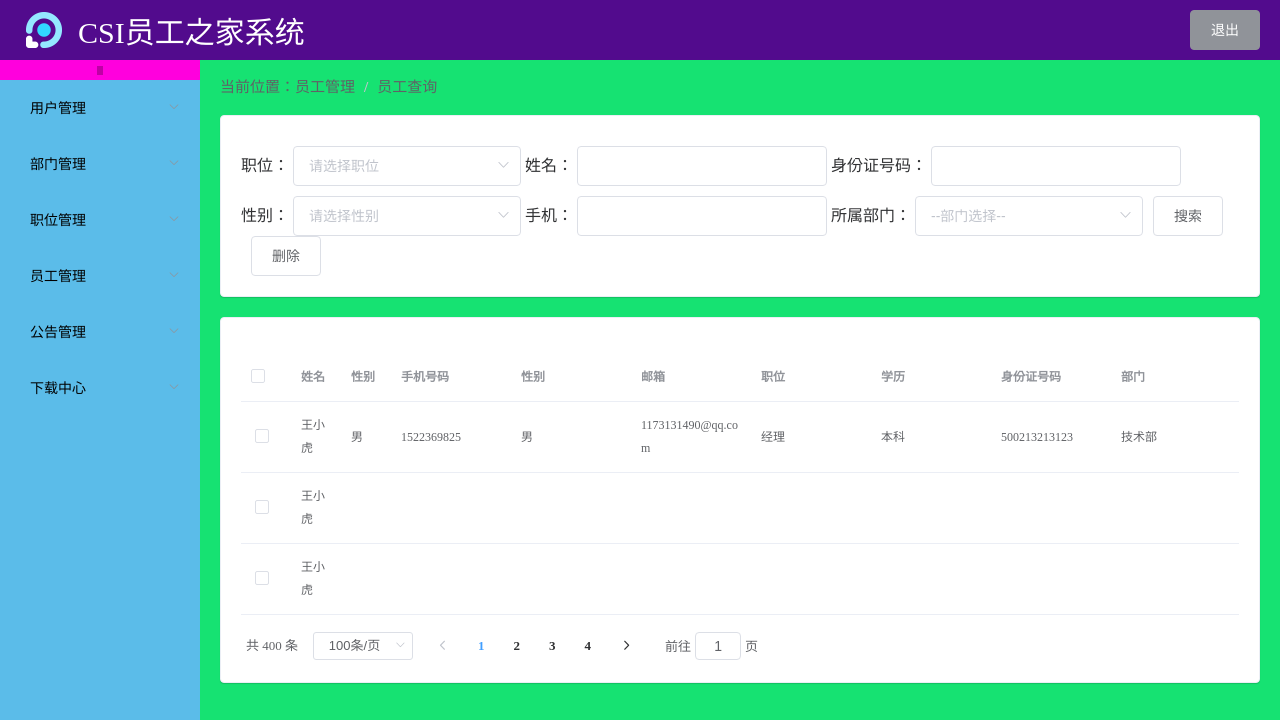
Repository: YUNjwyao/vue_hrm
Page: /#/employee
The author's editor kept a copy of each file at every save. The page is drawn from the files as they stood at one save, then again after the next save.
The browser window is 1280 px wide. The pictures show the whole page.
The project was rebuilt for these pictures with package versions that can differ from the ones it lists, and the page was loaded fresh each time. Also part of the build but not shown: src/components/Login.vue, src/components/Face/Face.vue, src/components/Employee/ShowAddEmployee.vue, src/components/Employee/ShowUpdateEmployee.vue, src/components/Notice/Notice.vue, src/components/Notice/ShowUpdateNotice.vue, src/components/Notice/ShowAddNotice.vue, src/components/Document/Document.vue and 2 more.

Above is the page before, as saved 2020-10-16 10:35:11.

### src/main.js
import Vue from 'vue'
import App from './App.vue'
import router from './router'
import store from './store'
import './plugins/element.js'
import './assets/css/global.css'

// import axios from 'axios'
// // 配置请求的根路径
// axios.defaults.baseURL = 'http://127.0.0.1:8888/api/private/v1/'
// // 通过axios 请求拦截器添加token,保证拥有获取数据的权限
// axios.interceptors.request.use (config => {
//   //为请求头对象，添加Token验证的Authorization字段
//   config.headers.Authorization = window.sessionStorage.getItem('token')
//   return config
// })
// Vue.prototype.$http = axios

Vue.config.productionTip = false

new Vue({
  router,
  store,
  render: h => h(App)
}).$mount('#app')

### src/App.vue
<template>
  <div id="app">
     <!-- 路由占位符 -->
     <router-view></router-view>
  </div>
</template>

<script>

export default {

}
</script>

<style lang="less" scoped>

</style>

### src/router/index.js
import Vue from "vue";
import VueRouter from "vue-router";
import Login from "../components/Login.vue"
import Face from "../components/Face/Face.vue"
import Home from "../components/Home.vue"

import EmployeeQuery from "../components/Employee/EmployeeQuery.vue";
import ShowAddEmployee from "../components/Employee/ShowAddEmployee.vue";
import ShowUpdateEmployee from "../components/Employee/ShowUpdateEmployee.vue";
import Notice from "../components/Notice/Notice.vue";
import UpdateNotice from "../components/Notice/ShowUpdateNotice.vue";
import AddNotice from "../components/Notice/ShowAddNotice.vue";
import Document from "../components/Document/Document.vue";
import UpdateDocument from "../components/Document/ShowUpdateDocument.vue";
import AddDocument from "../components/Document/ShowAddDocument.vue";

Vue.use(VueRouter);

const routes = [
  { path: "/", redirect: "/login" },
  {
    path: '/login',component: Login
  },
  {
    path: '/home',
    component: Home,
    children: [
  {
    path: '/face',component: Face
  },
  {
    path: "/employee",
    component: EmployeeQuery,
  },
  {
    path: "/addEmployee",
    component: ShowAddEmployee,
  },
  {
    path: "/updateEmployee",
    component: ShowUpdateEmployee,
  },
  {
    path: "/notice",
    component: Notice,
  },
  {
    path: "/updateNotice",
    component: UpdateNotice,
  },
  {
    path: "/addNotice",
    component: AddNotice,
  },
  {
    path: "/document",
    component: Document,
  },
  {
    path: "/updateDocument",
    component: UpdateDocument,
  },
  {
    path: "/addDocument",
    component: AddDocument,
  }]
  }
];

const router = new VueRouter({
  routes,
});

export default router;

### src/plugins/element.js
import Vue from 'vue'
import {
    Button,
    Breadcrumb,
    BreadcrumbItem,
    Card,
    Select,
    Option,
    Input,
    Row,
    Table,
    TableColumn,
    Pagination,
    Form,
    FormItem,
    Container,
    Header,
    Aside,
    Menu,
    Submenu,
    MenuItem,
    Main
} from 'element-ui'


Vue.use(Button)
Vue.use(Breadcrumb)
Vue.use(BreadcrumbItem)
Vue.use(Card)
Vue.use(Select)
Vue.use(Option)
Vue.use(Input)
Vue.use(Row)
Vue.use(Table)
Vue.use(TableColumn)
Vue.use(Pagination)
Vue.use(Form)
Vue.use(FormItem)
Vue.use(Container)
Vue.use(Header)
Vue.use(Aside)
Vue.use(Menu)
Vue.use(Submenu)
Vue.use(MenuItem)
Vue.use(Main)

### src/assets/css/global.css
/* 全局样式表 */
html,
body,
#app {
    height: 100%;
    margin: 0;
    padding: 0;
}
.el-breadcrumb {
    margin-bottom: 15px;
    font-size: 15px;
}
.el-card {
    box-shadow: 0 1px 1px rgba(0, 0, 0, 0.15) !important;
}
.el-table {
    margin-bottom: 15px;
    font-size: 12px;
    margin-top: 15px;
}
.el-steps {
    margin: 15px 0;
}
.el-step__title {
    font-size: 13px;
}
.el-cascader-panel {
    height: 200px
}
.ql-editor {
    min-height: 300px;
 }

### src/components/Home.vue
<template>
 <!-- 整个页面区域 -->
  <el-container>
      <!-- 页面标题 -->
  <el-header>
      <div>
          <img src="../assets/images/icon.png" alt="">
          <span>CSI员工之家系统</span>
      </div>
      <el-button type="info" @click="logout">退出</el-button>
  </el-header>
  <!-- 页面主体部分 -->
  <el-container>
    <el-aside :width="isCollapse? '64px' : '200px'">
        <div class="collapse" @click="toggleCollapse">|||</div>
        <!-- 侧边栏菜单区域 -->
       <el-menu
      background-color="rgb(91, 188, 233)"
      text-color="#000"
      active-text-color="#409bff"
      :unique-opened="true"
      :collapse="isCollapse"
      :collapse-transition="false"
      router
      :default-active="activePath">
      <!-- 一级菜单 -->
      <el-submenu :index="item.id+''" v-for="item in menulist" :key="item.id">
          <!-- 一级菜单模板区域 -->
        <template slot="title">
            <!-- 图标 -->
          <i :class="iconsObj[item.id]"></i>
             <!-- 文本 -->
          <span>{{ item.authName }}</span>
        </template>
        <!-- 二级菜单 -->
        <el-menu-item
        :index="'/'+subItem.path"
        v-for="subItem in item.children"
        :key='subItem.id'
        @click="savNavState('/'+subItem.path)">
            <template slot="title">
            <!-- 图标 -->
          <i class="el-icon-menu"></i>
             <!-- 文本 -->
          <span>{{ subItem.authName }}</span>
        </template>
        </el-menu-item>
      </el-submenu>
    </el-menu>
    </el-aside>
    <el-main>
        <router-view></router-view>
    </el-main>
  </el-container>
</el-container>

</template>

<script>
export default {
    data () {
        return {
            // 左侧菜单数据
            menulist: [
                {
            "id": 101,
            "authName": "用户管理",
            "path": '/home',
            "children": [
                {
                    "id": 104,
                    "authName": "用户查询",
                    "path": '',
                    "children": []
                },
                {
                    "id": 104,
                    "authName": "添加用户",
                    "path": '',
                    "children": []
                }
            ]
        },
         {
            "id": 101,
            "authName": "部门管理",
            "path": null,
            "children": [
                {
                    "id": 104,
                    "authName": "部门查询",
                    "path": null,
                    "children": []
                },
                {
                    "id": 104,
                    "authName": "添加部门",
                    "path": null,
                    "children": []
                }
            ]
        },
         {
            "id": 101,
            "authName": "职位管理",
            "path": null,
            "children": [
                {
                    "id": 104,
                    "authName": "职位查询",
                    "path": null,
                    "children": []
                },
                {
                    "id": 104,
                    "authName": "添加职位",
                    "path": null,
                    "children": []
                }
            ]
         },
          {
            "id": 101,
            "authName": "员工管理",
            "path": '/home',
            "children": [
                {
                    "id": 104,
                    "authName": "员工查询",
                    "path": 'employee',
                    "children": []
                },
                {
                    "id": 104,
                    "authName": "添加员工",
                    "path": 'addEmployee',
                    "children": []
                }
            ]
        },
         {
            "id": 101,
            "authName": "公告管理",
            "path": '/home',
            "children": [
                {
                    "id": 104,
                    "authName": "公告查询",
                    "path": 'notice',
                    "children": []
                },
                {
                    "id": 104,
                    "authName": "添加公告",
                    "path": 'addNotice',
                    "children": []
                }
            ]
        },
         {
            "id": 101,
            "authName": "下载中心",
            "path": '/home',
            "children": [
                {
                    "id": 104,
                    "authName": "文档查询",
                    "path": 'document',
                    "children": []
                },
                {
                    "id": 104,
                    "authName": "上传文档",
                    "path": 'addDocument',
                    "children": []
                }
            ]
        }
            ],
            // 自定义字体图标
            iconsObj: {
                '125': 'iconfont icon-user',
                '103': 'iconfont icon-tijikongjian',
                '101': 'iconfont icon-shangpin',
                '102': 'iconfont icon-danju',
                '145': 'iconfont baobiao'
            },
            // 是否折叠
            isCollapse: false,
            // 被激活的链接
            activePath: ''
        }
    },
    created () {
       this.getMenuList();
       this.activePath = window.sessionStorage.getItem('activePath');
    },
    methods: {
        // 自定义方法
        logout () {
            // 清空token
            window.sessionStorage.clear();
            // 编程式导航重定向
            this.$router.push('/login');
        },
       // 点击按钮折叠菜单栏
       toggleCollapse () {
         this.isCollapse = ! this.isCollapse;
       },
       //保存导航链接的激活状态
       savNavState (activePath) {
          window.sessionStorage.setItem('activePath',activePath);
          this.activePath = activePath;
       }
    }
}
</script>

<style lang="less" scoped>
.el-container {
    height: 100%;
}
.el-header {
    background-color: rgb(82, 11, 141);
    display: flex;
    justify-content: space-between;
    align-items: center;
    > div {
        display: flex;
        align-items: center;
        color: #fff;
        font-size: 30px;
        span {
            padding-left: 10px;
        }
    }
}
.el-aside {
    background-color: rgb(91, 188, 233);
    .el-menu {
        border-right: 0;
    }
}
.el-main {
    background-color: rgb(22, 226, 114);
}
.iconfont {
    margin-right: 10px;
}
.collapse {
    height: 20px;
    background-color: rgb(255, 0, 221);
    text-align: center;
    line-height: 20px;
    font-size: 10px;
}
</style>

### src/components/Employee/EmployeeQuery.vue
<template>
  <div class="employee">
    <!-- 面包屑导航 -->
    <el-breadcrumb separator="/">
      <el-breadcrumb-item>当前位置：员工管理</el-breadcrumb-item>
      <el-breadcrumb-item><a href="/">员工查询</a></el-breadcrumb-item>
    </el-breadcrumb>
    <!-- 查询输入框 -->
    <el-card>
      <el-row>
        职位：
        <el-select v-model="value" placeholder="请选择职位">
          <el-option
            v-for="item in options"
            :key="item.value"
            :label="item.label"
            :value="item.value"
          >
          </el-option>
        </el-select>
        姓名：
        <el-input v-model="input"></el-input>
        身份证号码：
        <el-input v-model="input"></el-input>
      </el-row>
      <el-row>
        性别：
        <el-select v-model="value" placeholder="请选择性别">
          <el-option
            v-for="item in optionsSex"
            :key="item.value"
            :label="item.label"
            :value="item.value"
          >
          </el-option>
        </el-select>
        手机：
        <el-input v-model="input"></el-input>
        所属部门：
        <el-select v-model="value" placeholder="--部门选择--">
          <el-option
            v-for="item in optionsDoor"
            :key="item.value"
            :label="item.label"
            :value="item.value"
          >
          </el-option>
        </el-select>
        <el-button>搜索</el-button>
        <el-button>删除</el-button>
      </el-row>
    </el-card>
    <!-- Table表格 -->
    <el-card>
      <el-table
        ref="multipleTable"
        :data="tableData"
        tooltip-effect="dark"
        style="width: 100%"
        @selection-change="handleSelectionChange"
      >
        <el-table-column type="selection" width="50"> </el-table-column>
        <el-table-column prop="name" label="姓名" width="50">
          <template slot-scope="scope">{{ scope.row.name }}</template>
        </el-table-column>
        <el-table-column prop="sex" label="性别" width="50"> </el-table-column>
        <el-table-column prop="phone" label="手机号码" width="120">
        </el-table-column>
        <el-table-column prop="sex" label="性别" width="120"> </el-table-column>
        <el-table-column prop="email" label="邮箱" width="120">
        </el-table-column>
        <el-table-column prop="job" label="职位" width="120"> </el-table-column>
        <el-table-column prop="education" label="学历" width="120">
        </el-table-column>
        <el-table-column prop="IdNumber" label="身份证号码" width="120">
        </el-table-column>
        <el-table-column prop="door" label="部门" width="120">
        </el-table-column>
        <el-table-column prop="address" label="联系地址" width="120">
        </el-table-column>
        <el-table-column prop="date" label="建档日期" width="120">
        </el-table-column>
        <el-table-column label="操作" width="120"> </el-table-column>
      </el-table>
      <!-- 分页 -->
      <el-pagination
        @size-change="handleSizeChange"
        @current-change="handleCurrentChange"
        :current-page="currentPage4"
        :page-sizes="[100, 200, 300, 400]"
        :page-size="100"
        layout="total, sizes, prev, pager, next, jumper"
        :total="400"
      >
      </el-pagination>
    </el-card>
  </div>
</template>

<script>
export default {
  data() {
    return {
      options: [
        {
          value: "选项1",
          label: "经理",
        },
        {
          value: "选项2",
          label: "职员",
        },
      ],
      optionsSex: [
        {
          value: "选项1",
          label: "男",
        },
        {
          value: "选项2",
          label: "女",
        },
      ],
      optionsDoor: [
        {
          value: "选项1",
          label: "技术部",
        },
        {
          value: "选项2",
          label: "运营部",
        },
      ],
      tableData: [
        {
          name: "王小虎",
          sex: "男",
          phone: "1522369825",
          email: "1173131490@qq.com",
          job: "经理",
          education: "本科",
          IdNumber: "500213213123",
          door: "技术部",
          address: "上海市普陀区金沙江路 1518 弄",
          date: "2016-12-03",
        },
        {
          date: "2016-05-02",
          name: "王小虎",
          address: "上海市普陀区金沙江路 1518 弄",
        },
        {
          date: "2016-05-04",
          name: "王小虎",
          address: "上海市普陀区金沙江路 1518 弄",
        },
      ],
      multipleSelection: [],
    };
  },
  methods: {
    toggleSelection(rows) {
      if (rows) {
        rows.forEach((row) => {
          this.$refs.multipleTable.toggleRowSelection(row);
        });
      } else {
        this.$refs.multipleTable.clearSelection();
      }
    },
    handleSelectionChange(val) {
      this.multipleSelection = val;
    },
  },
};
</script>

<style lang="less" scoped>
.el-card {
  margin-top: 20px;
}
.el-input {
  width: 250px;
}
.el-row {
  margin-top: 10px;
}
.el-button {
  margin-left: 10px;
}
</style>

Loaded but not shown: public/index.html (common file); src/store/index.js (common file)

After the next save:
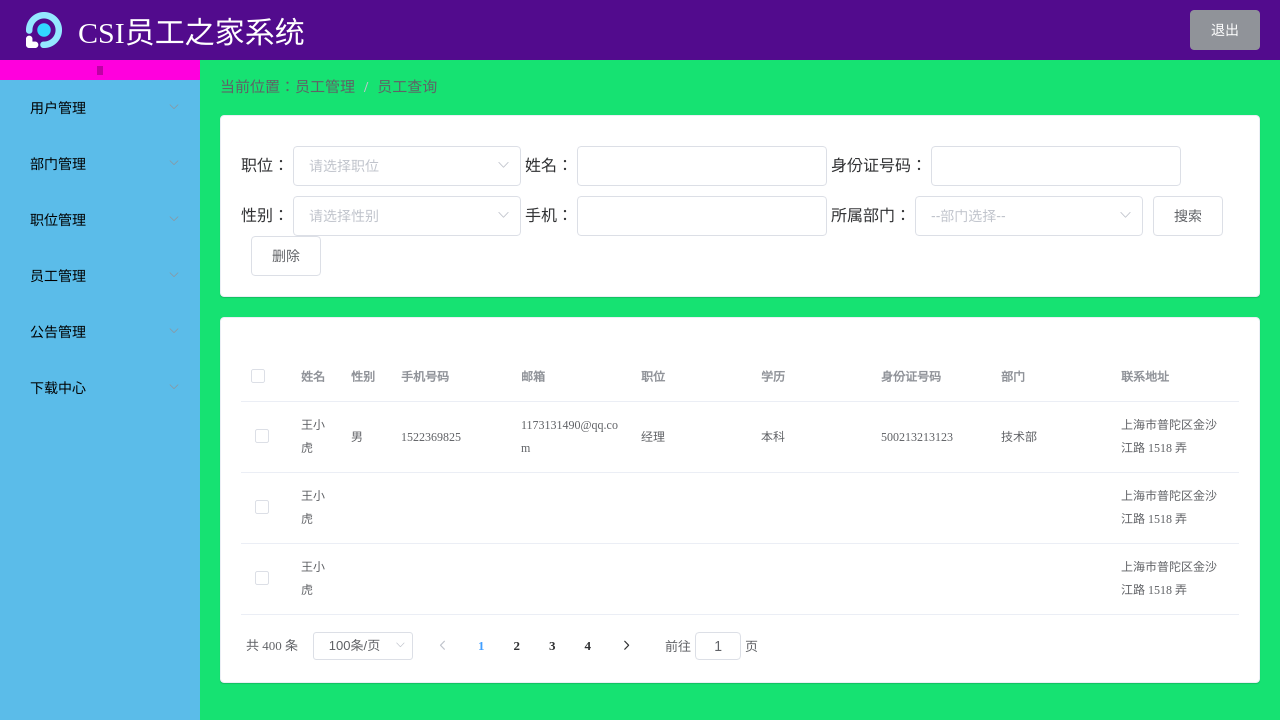
Saved 18 s later.
--- a/src/components/Employee/EmployeeQuery.vue
+++ b/src/components/Employee/EmployeeQuery.vue
@@ -66,7 +66,6 @@
         <el-table-column prop="sex" label="性别" width="50"> </el-table-column>
         <el-table-column prop="phone" label="手机号码" width="120">
         </el-table-column>
-        <el-table-column prop="sex" label="性别" width="120"> </el-table-column>
         <el-table-column prop="email" label="邮箱" width="120">
         </el-table-column>
         <el-table-column prop="job" label="职位" width="120"> </el-table-column>
